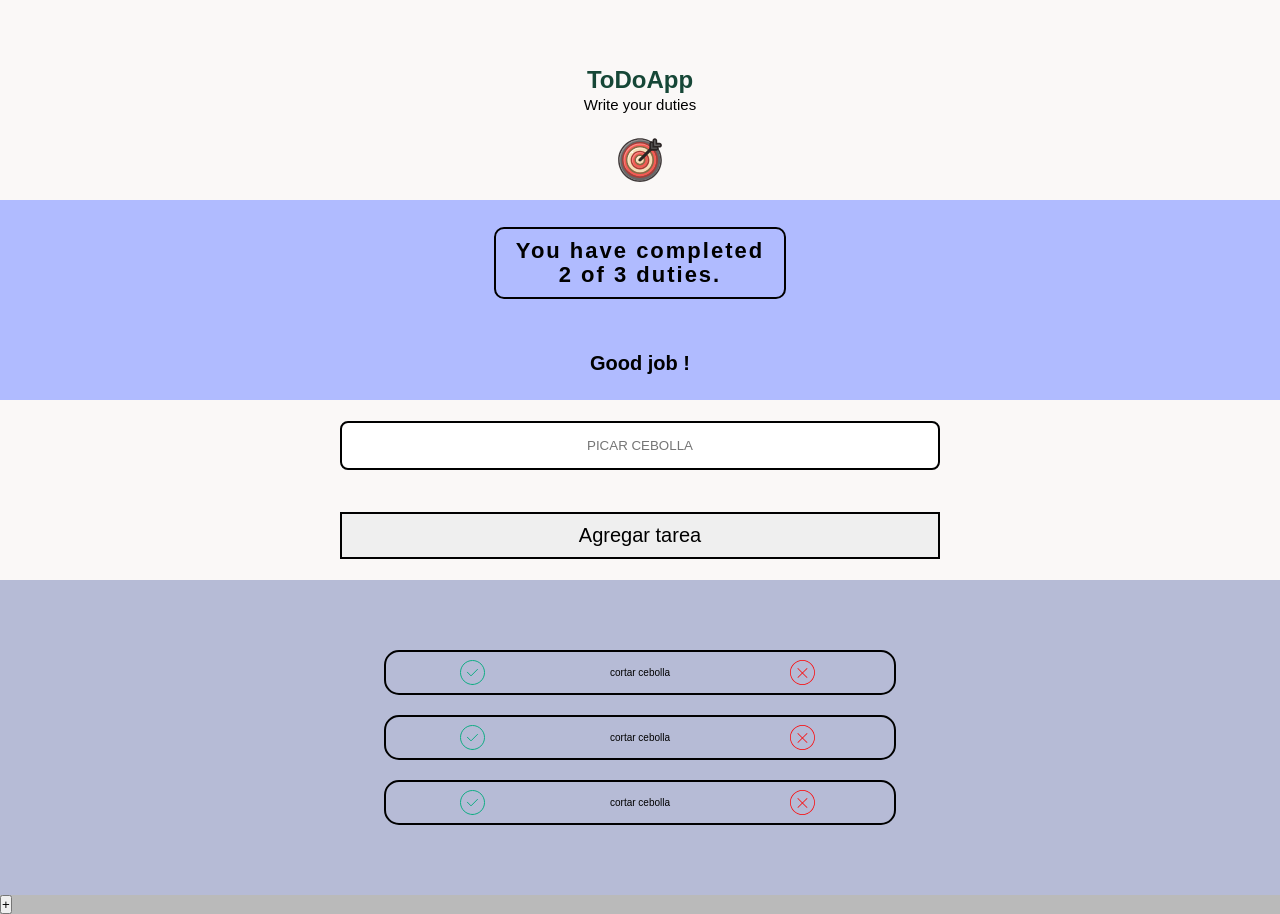
Repository: ChristianGecchelin/to-do-app
Page: /
The author's editor kept a copy of each file at every save. The page is drawn from the files as they stood at one save, then again after the next save.
The browser window is 1280 px wide. The pictures show the whole page.
The project was rebuilt for these pictures with package versions that can differ from the ones it lists, and the page was loaded fresh each time.

Above is the page before, as saved 2022-01-12 15:44:46.

After the next save:
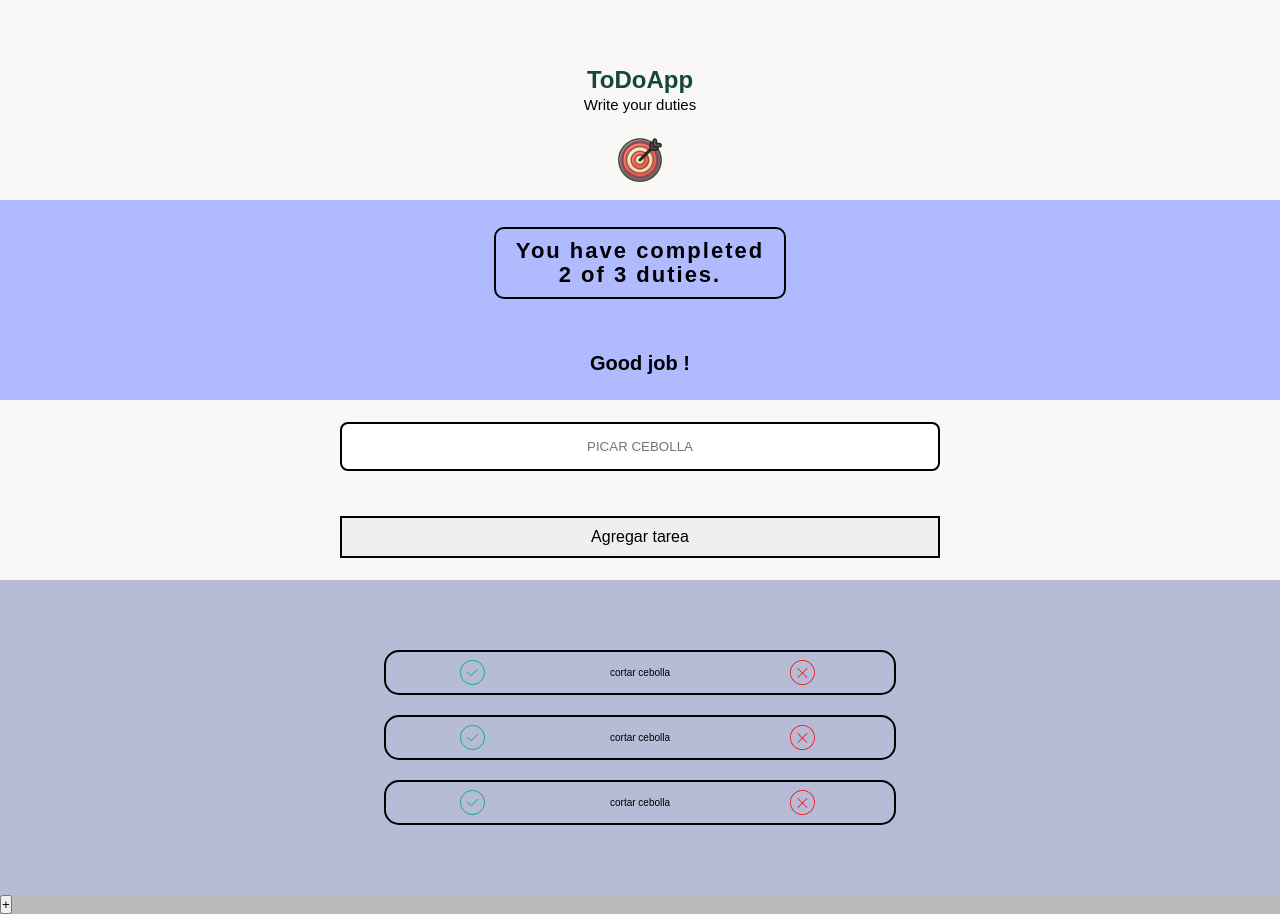
Saved 27 s later.
--- a/src/styles/ToDoSearch.css
+++ b/src/styles/ToDoSearch.css
@@ -25,7 +25,7 @@
   padding: 10px 0;
   border: 2px solid black;
   outline: none;
-  font-size: 2rem;
+  font-size: 1.6rem;
 }
 .search-input:focus {
   outline: none;
